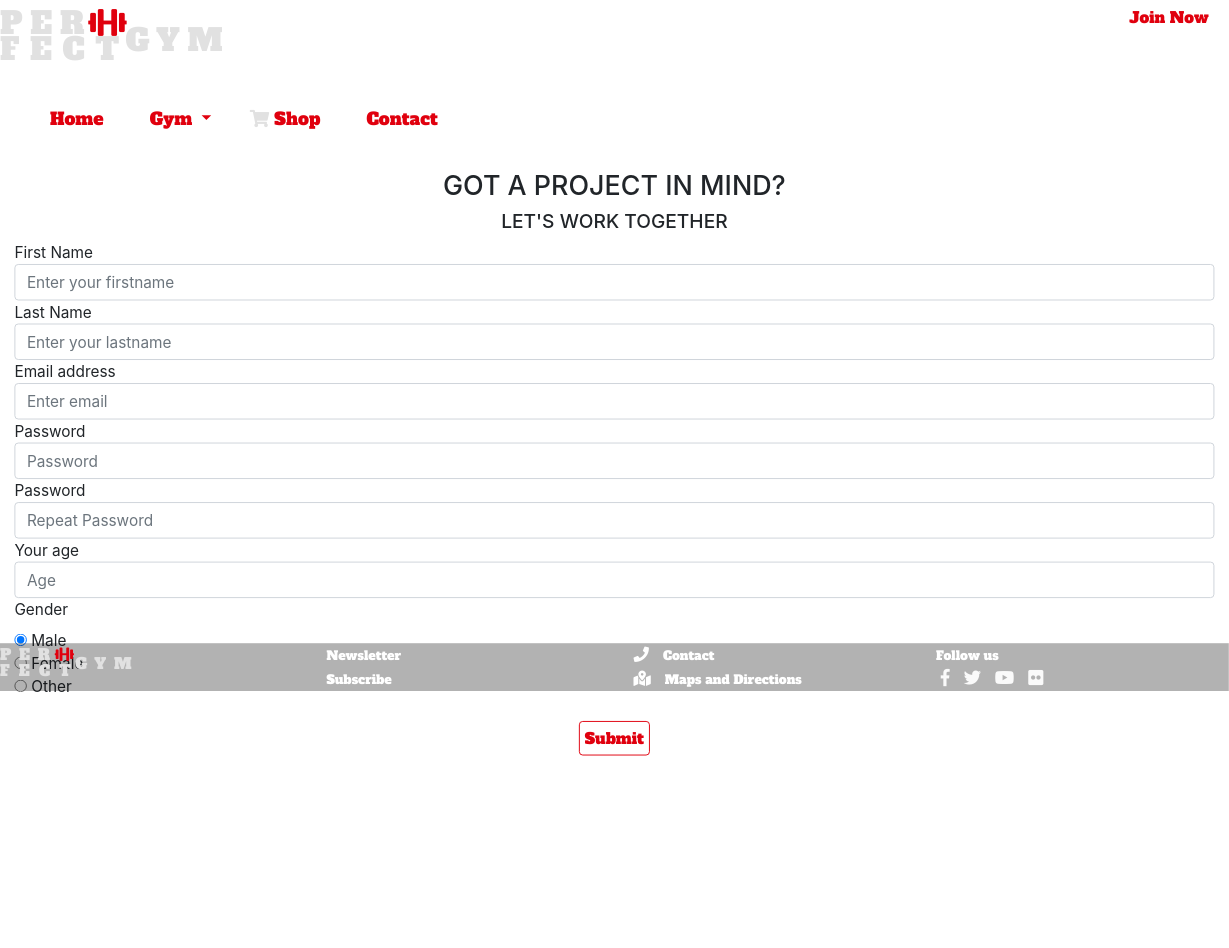
Repository: meghdadyazdi/UCFD-Milestone
Page: contact.html
The author's editor kept a record of every edit. The page is drawn from the files as they stood at one moment, then again after the next edit.
The browser window is 1280 px wide. The pictures show the whole page, at 96% of full size.
Some web libraries are served in a nearby version.

Above is the page before.

### contact.html
<!DOCTYPE html>
<html lang="en">

<head>
    <meta charset="UTF-8">
    <meta name="viewport" content="width=device-width, initial-scale=1.0">
    <meta http-equiv="X-UA-Compatible" content="ie=edge">
    <link rel="stylesheet" href="https://stackpath.bootstrapcdn.com/bootstrap/4.3.1/css/bootstrap.min.css" type="text/css" />
    <link rel="stylesheet" href="https://stackpath.bootstrapcdn.com/bootstrap/4.3.1/css/bootstrap.min.css">
    <link rel="stylesheet" href="https://use.fontawesome.com/releases/v5.6.1/css/all.css" integrity="sha384-gfdkjb5BdAXd+lj+gudLWI+BXq4IuLW5IT+brZEZsLFm++aCMlF1V92rMkPaX4PP" crossorigin="anonymous">
    <link href="https://fonts.googleapis.com/css?family=Alfa+Slab+One&display=swap" rel="stylesheet">
    <link href="https://fonts.googleapis.com/css?family=Open+Sans&display=swap" rel="stylesheet">
    <link rel="stylesheet" href="https://cdnjs.cloudflare.com/ajax/libs/hover.css/2.3.1/css/hover-min.css" type="text/css" />
    <link rel="stylesheet" href="style.css" type="text/css" />
    <title>Perfect Gym</title>
</head>

<body class="contact-body">



    <!--Header-->
    <header>
        <div class="row container-fluid container-top m-0 p-0">
            <div class="col-6 m-0 p-0">
                <div class="mylogo-big uppercase">
                    <div id="per_in_logo-big">per</div>
                    <div id="fect_in_logo-big">fect</div>
                    <div id="dumbbell-big"><i class="fas fa-dumbbell"></i></div>
                    <div id="gym_in_logo-big">gym</div>
                </div>
            </div>
            <div class="col-6">
                <a href="/login" class="btn btn--cta btn--red" data-toggle="modal" data-target="#join-us-modal">Join Now</a>
            </div>
        </div>
    </header>
    <!--/Header-->


    <!--Navbar-->
    <nav class="navbar navbar-light navbar-expand-sm">

        <button class="navbar-toggler ml-auto" type="button" data-toggle="collapse" data-target="#navbarNavDropdown" aria-controls="navbarNavDropdown" aria-expanded="false" aria-label="Toggle navigation">
                    <span class="navbar-toggler-icon"></span>
            </button>

        <div class="collapse navbar-collapse" id="navbarNavDropdown">
            <ul class="navbar-nav mr-auto">
                <li class="nav-item mr-2"><a href="/" class="nav-link">Home</a></li>

                <li class="nav-item dropdown">
                    <a class="nav-link dropdown-toggle" href="#" id="navbarDropdownMenuLink" role="button" data-toggle="dropdown" aria-haspopup="true" aria-expanded="false">Gym
                </a>
                    <div class="dropdown-menu" aria-labelledby="navbarDropdownMenuLink">
                        <a class="dropdown-item" href="trainers.html">Our trainers</a>
                        <a class="dropdown-item" href="activities.html">Activities</a>
                    </div>
                </li>
                <li class=" nav-item mr-2"><a href="shop.html" class="nav-link"><span><i class="fas fa-shopping-cart shop-icon"></i></span> Shop</a></li>
                <li class=" nav-item mr-2 "><a href="contact.html" class="nav-link">Contact</a></li>
            </ul>
        </div>


    </nav>
    <!--/Navbar-->

    <!--contact form-->
    <!--<section class="container-fluid">-->
    <!--    <div class="row">-->
    <!--        <div class="col">-->
    <!--            <h3 class="contact-heading uppercase text-center">Got a project in mind?</h3>-->
    <!--            <h5 class="uppercase text-center">Let's work together</h5>-->
    <!--            <div class="center-form">-->
    <!--                <form>-->
    <!--                    <input type="text" name="name" id="fullname" class="form-control" placeholder="Name" />-->
    <!--                    <input type="email" value="email" id="emailaddress" class="form-control" placeholder="Email" required/>-->
    <!--                    <textarea rows="5" type="textarea" name="projectsummary" id="projectsummary" class="form-control" placeholder="Project description" required></textarea>-->
    <!--                    <div class="form-row text-center">-->
    <!--                        <div class="col">-->
    <!--                            <button type="submit" class="btn btn-secondary">Send Project Request</button>-->
    <!--                        </div>-->
    <!--                    </div>-->
    <!--                </form>-->
    <!--            </div>-->
    <!--        </div>-->
    <!--    </div>-->
    <!--</section>-->
    <!--/contact form-->




<section class="container-fluid contact">
        <div class="row special-marging">
            <div class="col">
                <h3 class="contact-heading uppercase text-center">Got a project in mind?</h3>
                <h5 class="uppercase text-center">Let's work together</h5>
                <div class="center-form">
                    <form class"">
                        <div class="form-group m-0 p-0">
                            <label class="font-contact m-0 p-0" for="firstname">First Name</label>
                            <input type="text" class="form-control" id="firstname" placeholder="Enter your firstname">
                        </div>
                        <div class="form-group m-0 p-0">
                            <label class="font-contact m-0 p-0" for="lastname">Last Name</label>
                            <input type="text" class="form-control" id="lastname" placeholder="Enter your lastname">
                        </div>
                        <div class="form-group m-0 p-0">
                            <label class="font-contact m-0 p-0" for="exampleInputEmail1">Email address</label>
                            <input type="email" class="form-control" id="exampleInputEmail1" aria-describedby="emailHelp" placeholder="Enter email">
                        </div>
                        <div class="form-group m-0 p-0">
                            <label class="font-contact m-0 p-0" for="password">Password</label>
                            <input type="password" class="form-control" id="password" placeholder="Password">
                        </div>
                        <div class="form-group m-0 p-0">
                            <label class="font-contact m-0 p-0" for="repeatpassword">Password</label>
                            <input type="password" class="form-control" id="repeatpassword" placeholder="Repeat Password">
                        </div>
                        <div class="form-group m-0 p-0">
                            <label class="font-contact m-0 p-0" for="age">Your age</label>
                            <input type="number" class="form-control" id="age" placeholder="Age" min="7" max="85">
                        </div>

                        <div class="form-group m-0 p-0">
                            <label class="">Gender</label><br>
                            <input class="font-contact" type="radio" name="gender" value="male" checked> Male<br>
                            <input class="font-contact" type="radio" name="gender" value="female"> Female<br>
                            <input class="font-contact" type="radio" name="gender" value="other"> Other<br><br>
                        </div>


                        <div class="form-row text-center">
                            <div class="col">
                                <button type="submit" class="btn btn-success">Submit</button>
                            </div>
                        </div>

                        <!--<button type="submit" class="btn btn-success">Submit</button>-->
                    </form>
                </div>
            </div>
        </div>
    </section>







    <!--Footer-->
    <footer class="container-fluid container-footer m-0 p-0">



        <div id="footer-details" class="row container-fluid m-0 p-0">
            <div class="col-12 col-sm-3 p-0 m-0">
                <!--logo-->
                <div class="mylogo uppercase">
                    <div id="per_in_logo">per</div>
                    <div id="fect_in_logo">fect</div>
                    <div id="dumbbell"><i class="fas fa-dumbbell"></i></div>
                    <div id="gym_in_logo">gym</div>
                </div>
                <!--/logo-->
            </div>
            <div class="col-sm-3">
                <div class="row">
                    <div class="col-12 footer-items">
                        <a href="#" class="footer-font">
                            Newsletter
                        </a>
                    </div>
                    <div class="col-12 footer-items">
                        <a class="footer-font" href="#">
                            Subscribe
                        </a>
                    </div>
                </div>
            </div>
            <div class="col-sm-6 col-md-3">
                <div class="row">
                    <div class="col-12 footer-items">
                        <a href="#" target="_blank">
                            <i id="phone" class="fas fa-phone"></i>
                            <span class="sr-only">phone</span>
                        </a>
                        <a class="footer-font" href="#">Contact</a>
                    </div>

                    <div class="col-12 footer-items">
                        <a href="https://www.google.com/maps/place/Corvo+Island/@39.6981037,-31.1405764,13z/data=!3m1!4b1!4m5!3m4!1s0xb3247959c9c6983:0x59be196c967d2206!8m2!3d39.7023111!4d-31.1080244" target="_blank">
                            <i id="map" class="fas fa-map-marked-alt"></i>
                            <span class="sr-only">Map</span>
                        </a>
                        <a class="footer-font" href="https://www.google.com/maps/place/Corvo+Island/@39.6981037,-31.1405764,13z/data=!3m1!4b1!4m5!3m4!1s0xb3247959c9c6983:0x59be196c967d2206!8m2!3d39.7023111!4d-31.1080244" target="_blank">Maps and Directions
                        </a>
                    </div>
                </div>
            </div>
            <div class="col-sm-6 col-md-3 footer-items">
                <p class="footer-font d-inlineblock m-0 p-0">Follow us</p>
                <ul class="list-inline social-link">
                    <li class="list-inline-item">
                        <a href="#" target="_blank">
                            <i class="fab fa-facebook-f" aria-hidden="true"></i>
                            <span class="sr-only">Facebook</span>
                        </a>
                    </li>
                    <li class="list-inline-item">
                        <a href="#" target="_blank">
                            <i class="fab fa-twitter" aria-hidden="true"></i>
                            <span class="sr-only">Twitter</span>
                        </a>
                    </li>
                    <li class="list-inline-item">
                        <a href="#" target="_blank">
                            <i class="fab fa-youtube" aria-hidden="true"></i>
                            <span class="sr-only">YouTube</span>
                        </a>
                    </li>
                    <li class="list-inline-item">
                        <a href="#" target="_blank">
                            <i class="fab fa-flickr" aria-hidden="true"></i>
                            <span class="sr-only">flicker</span>
                        </a>
                    </li>
                </ul>
            </div>
        </div>
    </footer>
    <!--/Footer-->



    <!--Form for join as Modal-->
    <div class="modal" tabindex="-1" role="dialog" id="join-us-modal">
        <div class="modal-dialog" role="document">
            <div class="modal-content">
                <div class="modal-header font-form-title">
                    <h5 class="modal-title">Join us for free consulting</h5>
                    <button type="button" class="close" data-dismiss="modal" aria-label="Close">
                            <span aria-hidden="true">&times;</span>
                            </button>
                </div>
                <div class="modal-body">
                    <form>
                        <div class="form-group">
                            <label class="font-form-item" for="firstname">First Name</label>
                            <input type="text" class="form-control" id="firstname" placeholder="Enter your firstname">
                        </div>
                        <div class="form-group">
                            <label class="font-form-item" for="lastname">Last Name</label>
                            <input type="text" class="form-control" id="lastname" placeholder="Enter your lastname">
                        </div>
                        <div class="form-group">
                            <label class="font-form-item" for="exampleInputEmail1">Email address</label>
                            <input type="email" class="form-control" id="exampleInputEmail1" aria-describedby="emailHelp" placeholder="Enter email">
                        </div>
                        <div class="form-group">
                            <label class="font-form-item" for="password">Password</label>
                            <input type="password" class="form-control" id="password" placeholder="Password">
                        </div>
                        <div class="form-group">
                            <label class="font-form-item" for="repeatpassword">Password</label>
                            <input type="password" class="form-control" id="repeatpassword" placeholder="Repeat Password">
                        </div>
                        <div class="form-group">
                            <label class="font-form-item" for="age">Your age</label>
                            <input type="number" class="form-control" id="age" placeholder="Age" min="7" max="85">
                        </div>
                        <div class="form-group">
                            <label class="font-form-item" for="age">Gender</label>
                            <br>
                            <input class="font-form-item" type="radio" name="gender" value="male" checked> Male<br>
                            <input class="font-form-item" type="radio" name="gender" value="female"> Female<br>
                            <input class="font-form-item" type="radio" name="gender" value="other"> Other<br><br>
                        </div>
                        <button type="submit" class="btn btn-success">Submit</button>
                    </form>
                </div>
            </div>
        </div>
    </div>
    <!--/Form for join as Modal-->




    <script src="https://code.jquery.com/jquery-3.3.1.slim.min.js" integrity="sha384-q8i/X+965DzO0rT7abK41JStQIAqVgRVzpbzo5smXKp4YfRvH+8abtTE1Pi6jizo" crossorigin="anonymous"></script>
    <script src="https://cdnjs.cloudflare.com/ajax/libs/popper.js/1.14.3/umd/popper.min.js" integrity="sha384-ZMP7rVo3mIykV+2+9J3UJ46jBk0WLaUAdn689aCwoqbBJiSnjAK/l8WvCWPIPm49" crossorigin="anonymous"></script>
    <script src="https://stackpath.bootstrapcdn.com/bootstrap/4.1.3/js/bootstrap.min.js" integrity="sha384-ChfqqxuZUCnJSK3+MXmPNIyE6ZbWh2IMqE241rYiqJxyMiZ6OW/JmZQ5stwEULTy" crossorigin="anonymous"></script>


</body>

</html>

Loaded but not shown: style.css (760 lines, source omitted)

After the next edit:
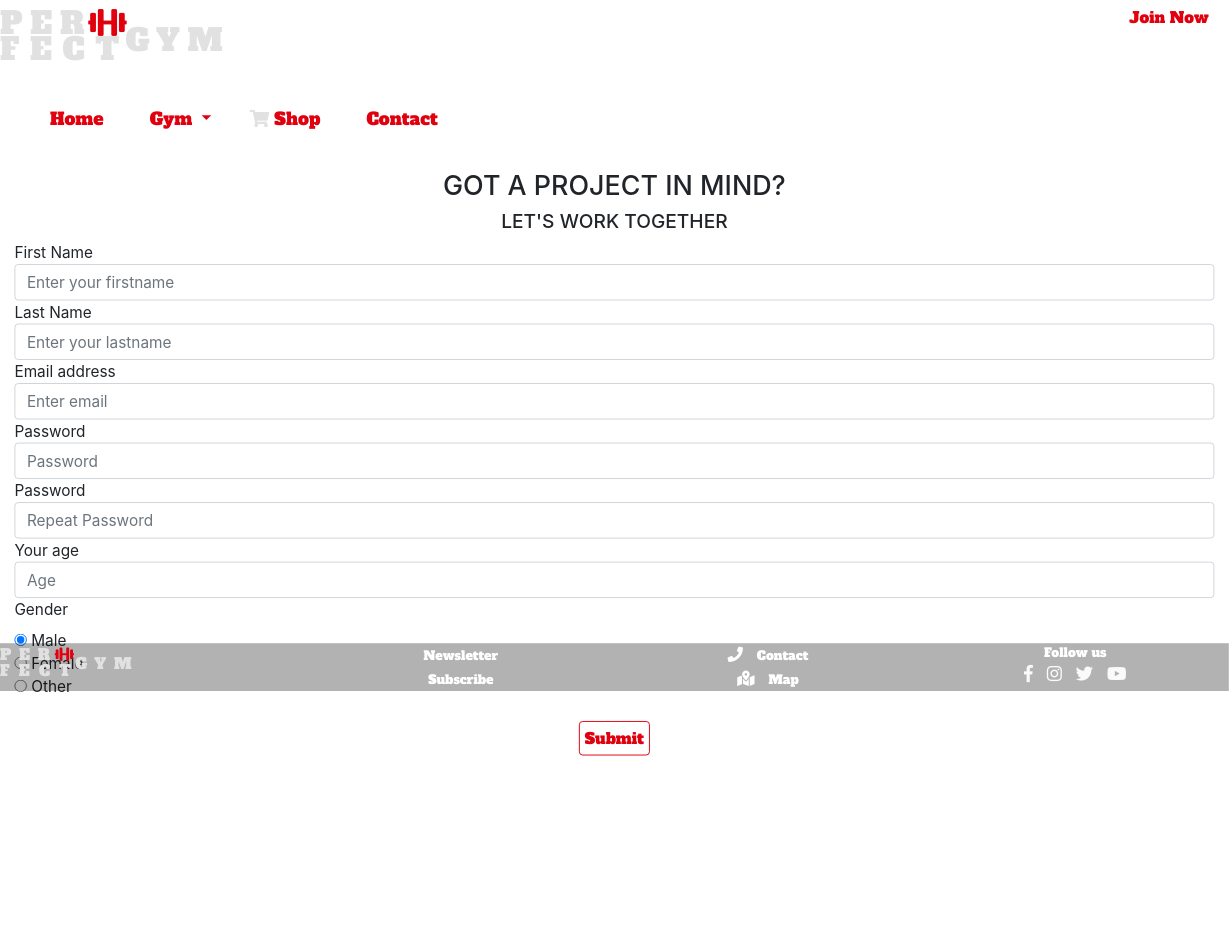
The edit:
--- a/contact.html
+++ b/contact.html
@@ -150,13 +150,9 @@
 
 
 
-
     <!--Footer-->
-    <footer class="container-fluid container-footer m-0 p-0">
-
-
-
-        <div id="footer-details" class="row container-fluid m-0 p-0">
+    <footer class="container-fluid m-0 p-0">
+        <div class="row container-fluid m-0 p-0">
             <div class="col-12 col-sm-3 p-0 m-0">
                 <!--logo-->
                 <div class="mylogo uppercase">
@@ -167,42 +163,44 @@
                 </div>
                 <!--/logo-->
             </div>
-            <div class="col-sm-3">
+
+            <div class="col-6 col-sm-3 text-center m-0 p-0">
                 <div class="row">
-                    <div class="col-12 footer-items">
+                    <div class="col-12">
                         <a href="#" class="footer-font">
                             Newsletter
                         </a>
                     </div>
-                    <div class="col-12 footer-items">
+                    <div class="col-12">
                         <a class="footer-font" href="#">
                             Subscribe
                         </a>
                     </div>
                 </div>
             </div>
-            <div class="col-sm-6 col-md-3">
+
+            <div class="col-6 col-sm-3 text-center m-0 p-0">
                 <div class="row">
-                    <div class="col-12 footer-items">
+                    <div class="col-12">
                         <a href="#" target="_blank">
                             <i id="phone" class="fas fa-phone"></i>
                             <span class="sr-only">phone</span>
                         </a>
                         <a class="footer-font" href="#">Contact</a>
                     </div>
-
-                    <div class="col-12 footer-items">
+                    <div class="col-12">
                         <a href="https://www.google.com/maps/place/Corvo+Island/@39.6981037,-31.1405764,13z/data=!3m1!4b1!4m5!3m4!1s0xb3247959c9c6983:0x59be196c967d2206!8m2!3d39.7023111!4d-31.1080244" target="_blank">
                             <i id="map" class="fas fa-map-marked-alt"></i>
                             <span class="sr-only">Map</span>
                         </a>
-                        <a class="footer-font" href="https://www.google.com/maps/place/Corvo+Island/@39.6981037,-31.1405764,13z/data=!3m1!4b1!4m5!3m4!1s0xb3247959c9c6983:0x59be196c967d2206!8m2!3d39.7023111!4d-31.1080244" target="_blank">Maps and Directions
-                        </a>
-                    </div>
-                </div>
-            </div>
-            <div class="col-sm-6 col-md-3 footer-items">
-                <p class="footer-font d-inlineblock m-0 p-0">Follow us</p>
+                        <a class="footer-font" href="https://www.google.com/maps/place/Corvo+Island/@39.6981037,-31.1405764,13z/data=!3m1!4b1!4m5!3m4!1s0xb3247959c9c6983:0x59be196c967d2206!8m2!3d39.7023111!4d-31.1080244" target="_blank">Map
+                        </a>
+                    </div>
+                </div>
+            </div>
+
+            <div class="col-12 col-sm-3 text-center m-0 p-0 ">
+                <p class="footer-font  d-inlineblock m-0 p-0 d-none d-sm-block">Follow us</p>
                 <ul class="list-inline social-link">
                     <li class="list-inline-item">
                         <a href="#" target="_blank">
@@ -212,6 +210,12 @@
                     </li>
                     <li class="list-inline-item">
                         <a href="#" target="_blank">
+                            <i class="fab fa-instagram" aria-hidden="true"></i>
+                            <span class="sr-only">Instagram</span>
+                        </a>
+                    </li>
+                    <li class="list-inline-item">
+                        <a href="#" target="_blank">
                             <i class="fab fa-twitter" aria-hidden="true"></i>
                             <span class="sr-only">Twitter</span>
                         </a>
@@ -222,17 +226,12 @@
                             <span class="sr-only">YouTube</span>
                         </a>
                     </li>
-                    <li class="list-inline-item">
-                        <a href="#" target="_blank">
-                            <i class="fab fa-flickr" aria-hidden="true"></i>
-                            <span class="sr-only">flicker</span>
-                        </a>
-                    </li>
                 </ul>
             </div>
         </div>
     </footer>
     <!--/Footer-->
+
 
 
 
